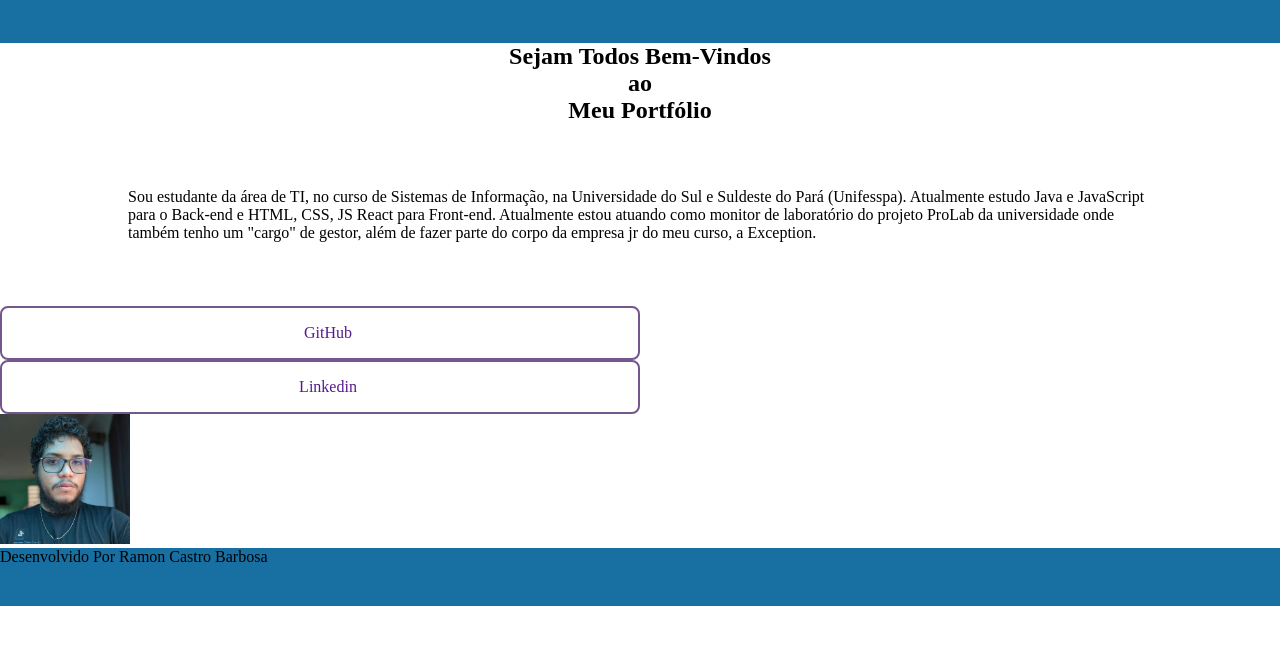
Repository: ramoncbarbosa/Web1_Atividade2
Page: index.html
These files come from the project's save history. The page is drawn as it stood at one moment and after a run of saves; the edit follows.
The browser window is 1280 px wide. The pictures show the whole page.

Above is the page before, as saved 2023-06-10 15:34:54.

### index.html
<!DOCTYPE html>
<html lang="pt-br">
<head>
    <meta charset="UTF-8">
    <meta name="viewport" content="width=device-width, initial-scale=1.0">
    <link rel="stylesheet" href="./styles/styles.css">
    <title>Portfólio</title>
</head>
<body>
    <header class="cabecalho">
        <nav>
           <a href=""></a>
           <a href=""></a>
        </nav>
    </header>
    <section></section>
    <main class="principal">
        <section class="principal__principal">
            <h1 class="principal__titulo">Sejam Todos Bem-Vindos<br> ao<br> <strong>Meu Portfólio</strong></h1>
            <p class="principal__texto">
                Sou estudante da área de TI, no curso de Sistemas de Informação, na Universidade do Sul e Suldeste do Pará (Unifesspa). Atualmente estudo Java e JavaScript para o Back-end e HTML, CSS, JS React para Front-end.
                    Atualmente estou atuando como monitor de laboratório do projeto ProLab da universidade onde também tenho um "cargo" de gestor, além de fazer parte do corpo da empresa jr do meu curso, a Exception.
            </p>
            <div class="princiapl__links">
                <a target="_blank" class="princiapl__links__social" href=""><img src="" alt="">GitHub</a>

                <a target="_blank" class="princiapl__links__social" href=""><img src="" alt="">Linkedin</a>
            </div>
        </section>
            <img src="./img/perfil.jpg" alt="" width="130" height="130">
    </main>
    <footer class="rodape">
        <p class="rodape__rodape">Desenvolvido Por Ramon Castro Barbosa</p>
    </footer>
</body>
</html>

### styles/styles.css
*{
    padding: 0;
    margin: 0;
    box-sizing: border-box;
    text-decoration: none;
}

:root{
    --cor-um: #176FA2;
    --cor-dois: #EEEEEE;
    --cor-tres: #000000;
}

.cabecalho{
    width: 100%;
    height: 6vh;
    padding: 2% 0 0 10%
    gap: 5rem;
    display: flex;
    background-color: var(--cor-um);
}

.principal{
    justify-content: center;
}

.principal__titulo{
    text-align: center;
    justify-content: center;
}

.principal__texto{
    display: flex;
    align-items: center;
    flex-wrap: wrap;
    justify-content: space-around;
    padding: 5% 10%;
}

.principal__links{
    display: flex;
    flex-direction: column;
    justify-content: space-between;
    align-items: center;
    gap: 1rem;
}

.princiapl__links__social{
    width: 50%;
    padding: 1rem 0;

    display: flex;
    align-items: center;
    justify-content: center;
    text-align: center;
    gap: 1rem;

    border: 2px solid #73578D;
    border-radius: 0.5rem;


}

.imagem{

}

.rodape{
    width: 100%;
    height: 8vh;
    display: flex;
    background-color: var(--cor-um);
}

After the next 2 saves:
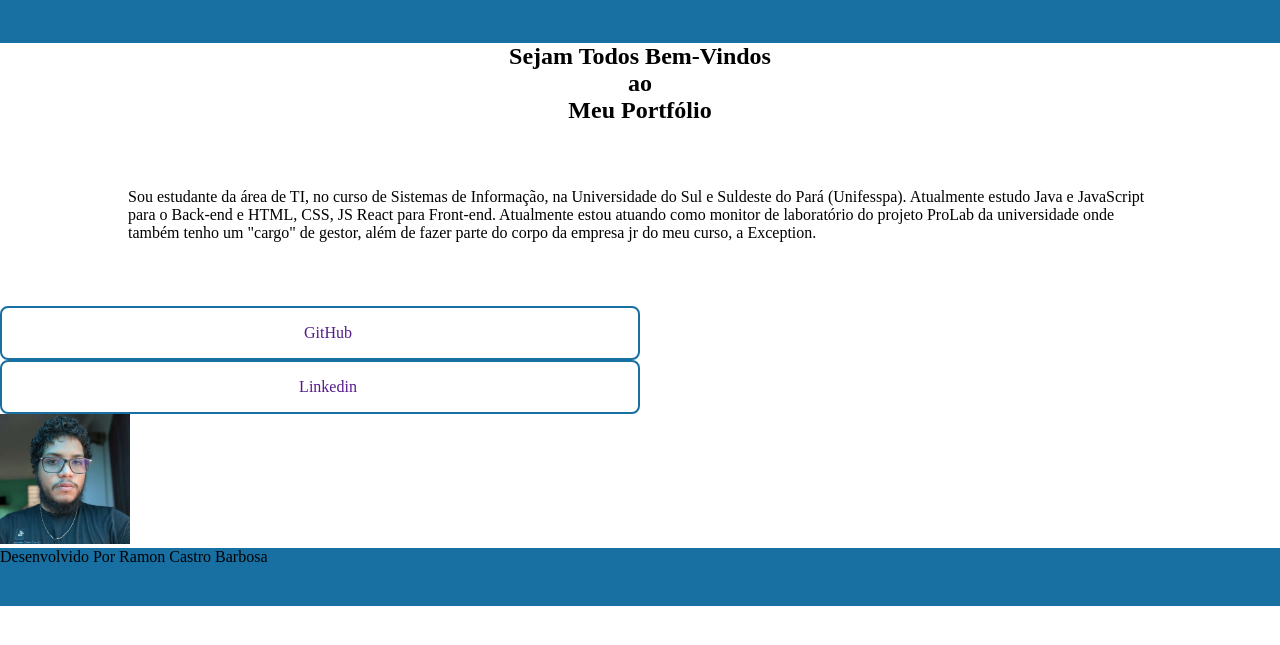
The 2 saves are shown as one change because they came seconds apart.
The last was saved 7 s later.
--- a/styles/styles.css
+++ b/styles/styles.css
@@ -55,7 +55,7 @@
     text-align: center;
     gap: 1rem;
 
-    border: 2px solid #73578D;
+    border: 2px solid var(--cor-um);
     border-radius: 0.5rem;
 
 
